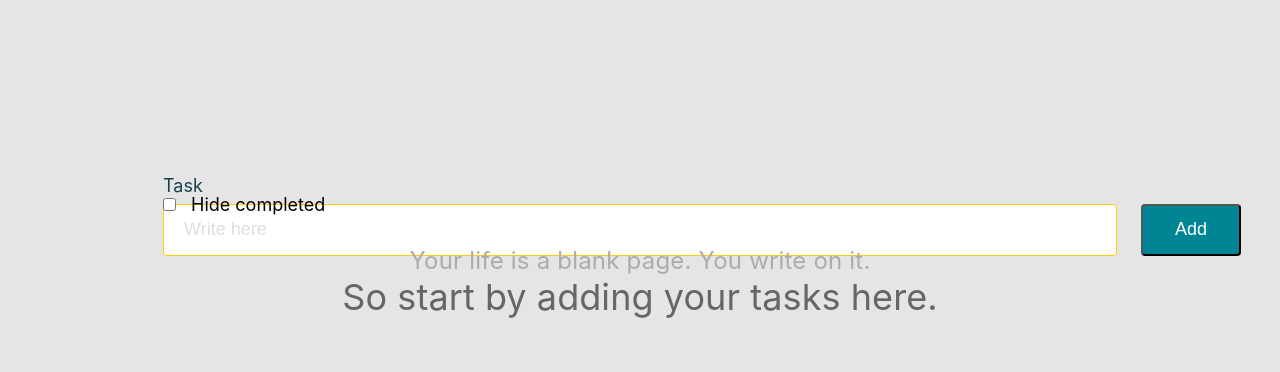
Repository: ArusyakAghajanyan/ToDoMamble
Page: /
The author's editor kept a copy of each file at every save. The page is drawn from the files as they stood at one save, then again after a run of saves.
The browser window is 1280 px wide. The pictures show the whole page.
The project was rebuilt for these pictures with package versions that can differ from the ones it lists, and the page was loaded fresh each time. Also part of the build but not shown: src/components/toDoItem.css, src/components/ToDoItem.jsx, src/components/confirm.css, src/components/Confirm.jsx.

Above is the page before, as saved 2022-05-25 13:08:56.

### public/index.html
<!DOCTYPE html>
<html lang="en">
  <head>
    <meta charset="utf-8" />
    <link rel="icon" href="%PUBLIC_URL%/favicon.ico" />
    <link rel="icon" href="https://cdnjs.cloudflare.com/ajax/libs/font-awesome/6.1.1/css/all.min.css" />
    <meta name="viewport" content="width=device-width, initial-scale=1" />
    <meta name="theme-color" content="#000000" />
    <meta
      name="description"
      content="Web site created using create-react-app"
    />
    <link rel="apple-touch-icon" href="%PUBLIC_URL%/logo192.png" />
    <!--
      manifest.json provides metadata used when your web app is installed on a
      user's mobile device or desktop. See https://developers.google.com/web/fundamentals/web-app-manifest/
    -->
    <link rel="manifest" href="%PUBLIC_URL%/manifest.json" />
    <!--
      Notice the use of %PUBLIC_URL% in the tags above.
      It will be replaced with the URL of the `public` folder during the build.
      Only files inside the `public` folder can be referenced from the HTML.

      Unlike "/favicon.ico" or "favicon.ico", "%PUBLIC_URL%/favicon.ico" will
      work correctly both with client-side routing and a non-root public URL.
      Learn how to configure a non-root public URL by running `npm run build`.
    -->
    <title>React App</title>
  </head>
  <body>
    <noscript>You need to enable JavaScript to run this app.</noscript>
    <div id="root"></div>
    <!--
      This HTML file is a template.
      If you open it directly in the browser, you will see an empty page.

      You can add webfonts, meta tags, or analytics to this file.
      The build step will place the bundled scripts into the <body> tag.

      To begin the development, run `npm start` or `yarn start`.
      To create a production bundle, use `npm run build` or `yarn build`.
    -->
  </body>
</html>

### src/index.css
body {

    /* min-width: 230px; */
    max-width: 1440px;


  margin: 0;
  font-family: -apple-system, BlinkMacSystemFont, 'Segoe UI', 'Roboto', 'Oxygen',
    'Ubuntu', 'Cantarell', 'Fira Sans', 'Droid Sans', 'Helvetica Neue',
    sans-serif;
  -webkit-font-smoothing: antialiased;
  -moz-osx-font-smoothing: grayscale;
}

code {
  font-family: source-code-pro, Menlo, Monaco, Consolas, 'Courier New',
    monospace;
}

### src/App.js

import './App.css';
import AddItem from './components/AddItem';
import ToDoList from './components/ToDoList';
import Confirm from './components/Confirm';
import {useState,useEffect} from 'react'


function App() {
  const [todo, setTodo]=useState([]);
  const [filteredTodo,setFilteredTodo]=useState([]);
  const [modal, setModal] = useState(false);
const [confirmStatus, setConfirmStatus] = useState(false);
  const [deleteItem, setDeletItem] = useState({});

  function modalStatus(status, item){
    console.log(status, item);
    setModal(status);
    setDeletItem(item);

  }
  function confirmDelete(status){
    console.log("deletestatus=", status);
    if(status === "no") {
      setConfirmStatus(false);
      setModal(false);
    }else if (status === "yes"){
      setConfirmStatus(true);
      setModal(false)
    }
  }
  function filter(check){
    if(check){
      setFilteredTodo(todo.filter(td => td.isCompleted))
    }else{
      setFilteredTodo([]);
    }
  }

  useEffect(()=>{
    console.log("confirmStatus=", confirmStatus);
    if(confirmStatus){
      setTodo(todo.filter(value => value.id !== deleteItem.id));
      setDeletItem({});
    }
    setConfirmStatus(false);
      console.log(modal);

  },[confirmStatus])

useEffect(() => {
  let todos;
  let storageData = localStorage.getItem("todos");
  if(storageData !== "undefined"){
    todos = JSON.parse(storageData);
  }
  if(todos) setTodo(todos);
}, [])

useEffect(() => {
 if(todo.length > 0) localStorage.setItem("todos",JSON.stringify(todo))
 if(todo.length == 0) localStorage.clear();
}, [todo])

  return (
    <div className="App">
    <div className="checkContainer">
  <div className="filterDiv">
    <input id="filter" type="checkbox" onChange={(e)=>{
      filter(e.target.checked)
      }} />

      <label htmlFor="filter" className="chkbox">
      Hide completed
      </label>
      </div>
      <div className="addContainer">
        <AddItem onAdd={(text)=>{
        setTodo([{
          id:Math.random(),
          text:text,
          isCompleted:false
        },...todo])
      }}/>


      <ToDoList
      todo={filteredTodo.length > 0 ? todo.filter(td => !td.isCompleted):todo}
      modalStatus={modalStatus}
      onChange={(newItem)=>{
      setTodo(todo.map(td=>{
        if(td.id==newItem.id){
          return newItem
        }
        return td
      }))
      }}
      />
       { modal && <Confirm confirmDelete={confirmDelete} modalStatus={modalStatus}/>}
    </div>
    </div>
    </div>
  );
}

export default App;

### src/App.css
*{
  margin: 0;
  padding: 0;
  box-sizing: border-box;
}


.App {
  display: flex;
  align-items: center;
  justify-content: center;
  position: relative;
  margin: 256px 0 40px 0;

}

.chkbox{
  padding-left: 15px;
  font-size: 18px;


}

.checkContainer{
  position: absolute;
display: flex;
flex-direction: column;


}
/* .checkmark{
  background-color: #E5E5E5;
} */

.filterDiv{

  position: absolute;
justify-content: flex-end;
float: right;

}
/* input[type="checkbox"]{
  appearance: none;
  -webkit-appearance: none;
  height: 18px;
  width: 18px;
  background-color: #FFFFFF;
  border-radius: 3px;
  cursor: pointer;


  outline: none;

}
input[type="checkbox"]::after{
  font-family: "Font Awesome 6.1.1 Free";
 font-weight: 900;
  content: "\f00c";
  font-size: 18px;
  color: white;
  display: none;
}
input[type="checkbox"]:checked{
background-color: #008594;
}
input[type="checkbox"]:checked:after{
  display: block;
  } */

### src/components/AddItem.jsx
import {React, useState, useEffect, useRef} from 'react'
import './addItem.css'

export default function AddItem({onAdd}) {
    const [text, setText] = useState("");
    const[errorMes,setErrorMes] = useState("");
    const inputText = useRef(0);
    let validText = "";
    useEffect(() => {
        inputText.current.addEventListener("keyup",(e)=>{
            let id=setTimeout(()=>{
            validText = e.target.value;
            if(validText.length >= 54 ){
             setErrorMes("Task content can contain max 54 characters.")
            } else {
                setErrorMes("");
                setText(validText);
            }
            },1000);
            return () => clearTimeout(id)
        })
    }, [text])

    return (

      <form
      className="formTask"
      onSubmit={(e)=>{
          e.preventDefault();
          if(errorMes==="" && text !=="") onAdd(text);
          if(errorMes==="") setText("");
      }}>
      <div id="formDiv">
       <div className="inputDiv">
            <label className="taskLabel" htmlFor="inputText"> Task
            </label>
            <input
            id="inputText"
            type="text"
            style={errorMes ? {borderColor: 'red'} : {borderColor:'#FFCD04'}}
            ref= {inputText}
             value={text}
             placeholder="Write here"
            onChange={(e)=>{
            setText(e.target.value)
            }}/>
            <p>{errorMes}</p>
            </div>
        <div className="formBut">
            <button className="addbut">Add</button>
                   </div>
            </div>
         </form>

    )
}

### src/components/ToDoList.jsx
import React from 'react';
import ToDoItem from './ToDoItem'
import './toDoList.css'
export default function ToDoList({todo,modalStatus,onChange}) {
    return (
        <div>
           {todo && todo.length > 0 ? todo.map(item=>{
               return (
<ToDoItem
key={item.id}
item = {item}
modalStatus={modalStatus}
onChange={onChange}
/>
               )
           })
           :
            <div className='listText'>
            <p className="firstP">Your life is a blank page. You write on it.</p>
            <p className="secondP">So start by adding your tasks here.</p>
            </div>
        }
        </div>
    )
}

### src/components/addItem.css

.addbut {
  background-color: #008594;
  color: #ffffff;
  font-size: 18px;
  width: 100px;
  height: 52px;
  margin-top: 20px;

  border-radius: 4px;
  text-align:center
}
#formDiv {
  display: flex;

  align-items: center;
  height: 52px;
  /* margin-left: 80px; */

}
#inputText {
  /* position: center; */
  width: 954px;
  padding: 12px 20px;
  margin: 8px 0;
  border: 1px solid #ffcd04;
  outline: none;
  height: 52px;
  margin-right: 24px;
  border-radius: 4px;
}
.taskLabel {
  color: #174348;
  font-size: 18px;
}
#inputText:hover {
  border: 1px solid rgb(90, 10, 90);
}
input::placeholder {
  color: #dfdfdf;
  font-size: 18px;
}
/* .taskLabel {
  float: left;
} */
.formTask {
  width: 954px;
}

### src/components/toDoList.css

 body{
     background-color:  #E5E5E5;
 }

 .listText{
          display: flex;

justify-content: center;
align-items: center;
flex-direction: column;
margin-top: ;

 }
.firstP{
 color: #ACACAC;
font-size: 24px;
letter-spacing: 0.2px;
}
.secondP{
    color: #666666;
font-size: 36px;
letter-spacing: 0.002em;

}

Loaded but not shown: src/index.js (common file); src/reportWebVitals.js (common file)

After the next 2 saves:
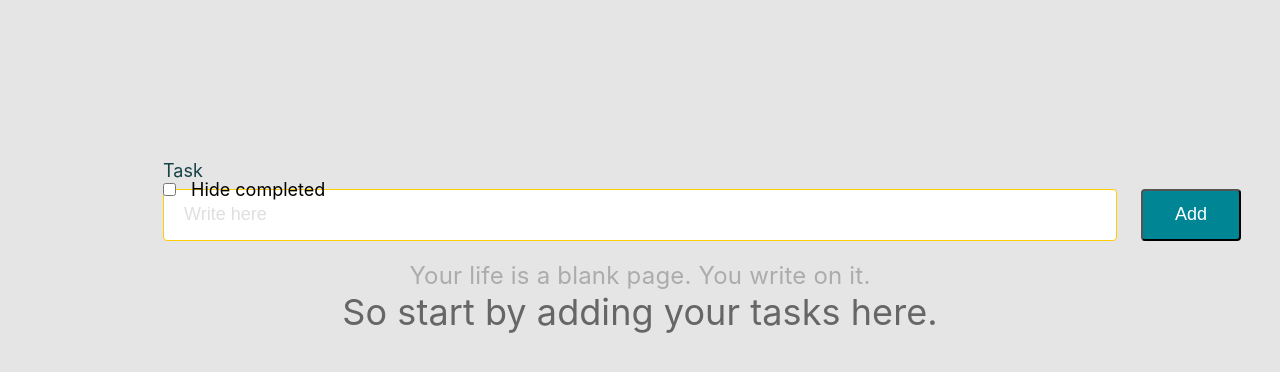
The 2 saves are shown as one change because they came seconds apart.
The last was saved 11 s later.
--- a/src/components/toDoList.css
+++ b/src/components/toDoList.css
@@ -9,7 +9,7 @@
 justify-content: center;
 align-items: center;
 flex-direction: column;
-margin-top: ;
+margin-top: 30px;
 
  }
 .firstP{

After the 3 saves that followed:
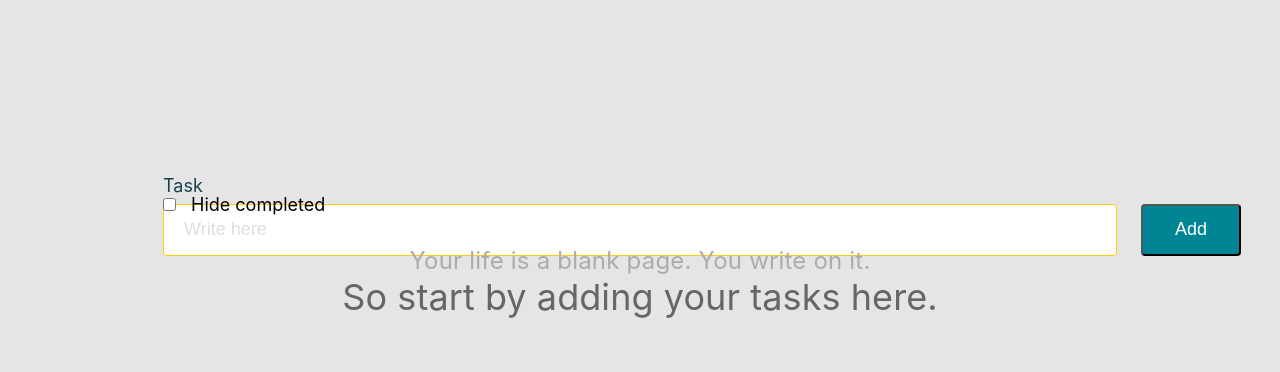
The 3 saves are shown as one change because they came seconds apart.
The last was saved 25 s later.
--- a/src/components/toDoList.css
+++ b/src/components/toDoList.css
@@ -9,7 +9,7 @@
 justify-content: center;
 align-items: center;
 flex-direction: column;
-margin-top: 30px;
+flex-direction: ;
 
  }
 .firstP{
